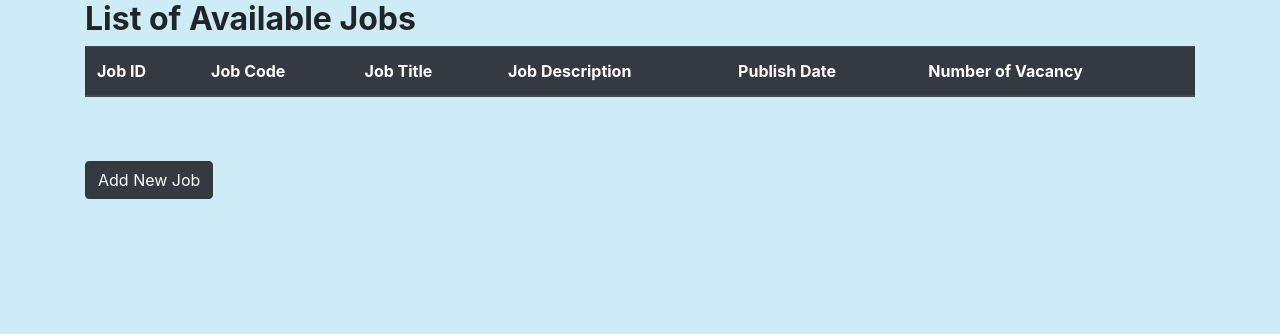
Repository: ism-shahriar/RecruitmentAgencyPortal
Page: http://localhost/index
An editor plug-in stored every save of this project. The page is shown before and after the next save, followed by the edit.
The browser window is 1280 px wide. The pictures show the whole page.
The page is this project's Thymeleaf template; nobody is signed in. The template is opened directly, without the code that normally fills it, so the values that code supplies are empty.

Above is the page before, as saved 2020-04-17 07:36:56.

### SpringBootJobWeb/src/main/resources/templates/index.html
<!DOCTYPE html>
<html xmlns:th="http://www.thymeleaf.org">
<head>
<meta charset="ISO-8859-1">
<title>Job Home</title>
</head>
<link rel="stylesheet"
	href="https://maxcdn.bootstrapcdn.com/bootstrap/4.4.1/css/bootstrap.min.css">

<body style="background-color: #CEECF5">
<div class="container" style="background-color: #CEECF5">
<h2 style="font-weight: bold">List of Available Jobs</h2>
	<table class="table table-dark table-striped">
		<thead>
			<tr>
				<th>Job ID</th>
				<th>Job Code</th>
				<th>Job Title</th>
				<th>Job Description</th>
				<th>Publish Date</th>
				<th>Number of Vacancy</th>

			</tr>
		</thead>
		<tbody>
			<tr th:each="job:${jobs}">
				<td th:text="${job.jobId}">Job ID</td>
				<td th:text="${job.jobCode}">Job Code</td>
				<td th:text="${job.jobName}">Job Title</td>
				<td th:text="${job.jobDesc}">Job Description</td>
				<td th:text="${job.pubDate}">Publish Date</td>
				<td th:text="${job.numVacancy}">Number of Vacancy</td>
				<td><a th:href="@{/edit/{id}(id=${job.jobId})}">Edit</a></td>
				<td><a th:href="@{/delete/{id}(id=${job.jobId})}">Delete</a></td>
			</tr>
		</tbody>
	</table>
<br><br>
		<a class="btn btn-dark" href="/job">Add New Job</a>
</div>

</body>
</html>

After the next save:
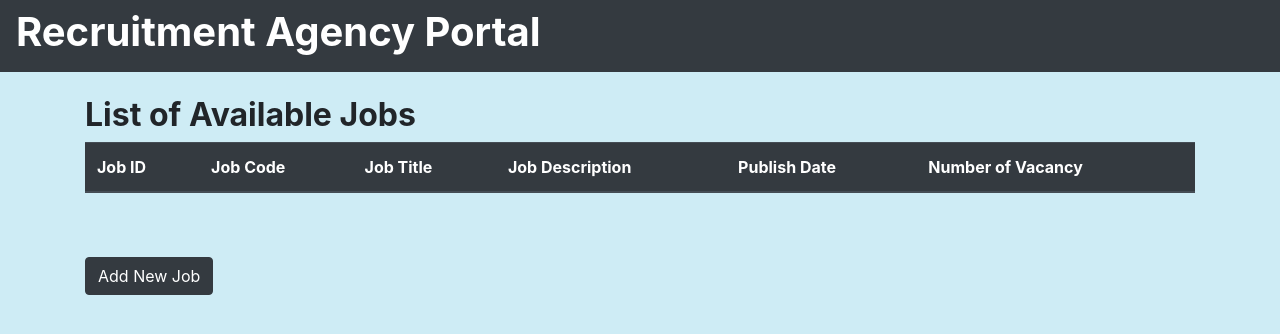
Saved 25 s later.
--- a/SpringBootJobWeb/src/main/resources/templates/index.html
+++ b/SpringBootJobWeb/src/main/resources/templates/index.html
@@ -8,8 +8,11 @@
 	href="https://maxcdn.bootstrapcdn.com/bootstrap/4.4.1/css/bootstrap.min.css">
 
 <body style="background-color: #CEECF5">
+<nav class="navbar navbar-expand-sm bg-dark navbar-dark">
+	<h1 style="font-weight: bold; color: white">Recruitment Agency Portal</h1>
+</nav>
 <div class="container" style="background-color: #CEECF5">
-<h2 style="font-weight: bold">List of Available Jobs</h2>
+<br><h2 style="font-weight: bold">List of Available Jobs</h2>
 	<table class="table table-dark table-striped">
 		<thead>
 			<tr>
